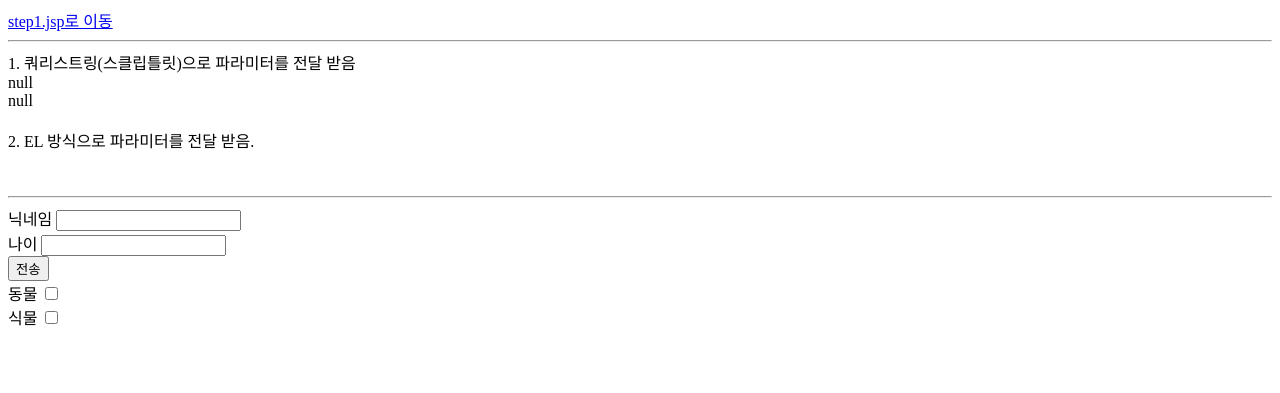
Repository: Dog-voice/king
Page: http://localhost/web_study/step2.jsp
The author's editor kept a copy of each file at every save. The page is drawn from the files as they stood at one save, then again after the next save.
The browser window is 1280 px wide. The pictures show the whole page.
The page is served by Tomcat 9.

Above is the page before, as saved 2022-08-16 03:54:10.

### 게시글등록(1)/web_study/src/main/webapp/step2.jsp
<%@ page language="java" contentType="text/html; charset=UTF-8"
    pageEncoding="UTF-8"%>
<!DOCTYPE html>
<html>
<head>
<meta charset="UTF-8">
<title>EL param 연습 2</title>
</head>
<body>
   <a href="step1.jsp">step1.jsp로 이동</a>
   <hr>
   <!-- 주석처리 ctr1 + shift + /  -->
   1. 쿼리스트링(스클립틀릿)으로 파라미터를 전달 받음 <br>
   <%=request.getParameter("name") %><br>
   <%=request.getParameter("address") %><br>
   <br>

   2. EL 방식으로 파라미터를 전달 받음. <br>
   ${param.name }<br>
   ${param.address }<br>

   <hr>
   <form action="step2_1.jsp">
       닉네임 <input type="text" name="nick"> <br>
       나이 <input type="text" name="age"><br>
       <button type= "submit">전송</button>
   </form>

   <form action="step2_1.jsp">
   동물 <input type="checkbox" name="nick2"> <br>
   식물 <input type="checkbox" name="nick3"> <br>

   </form>


</body>
</html>

After the next save:
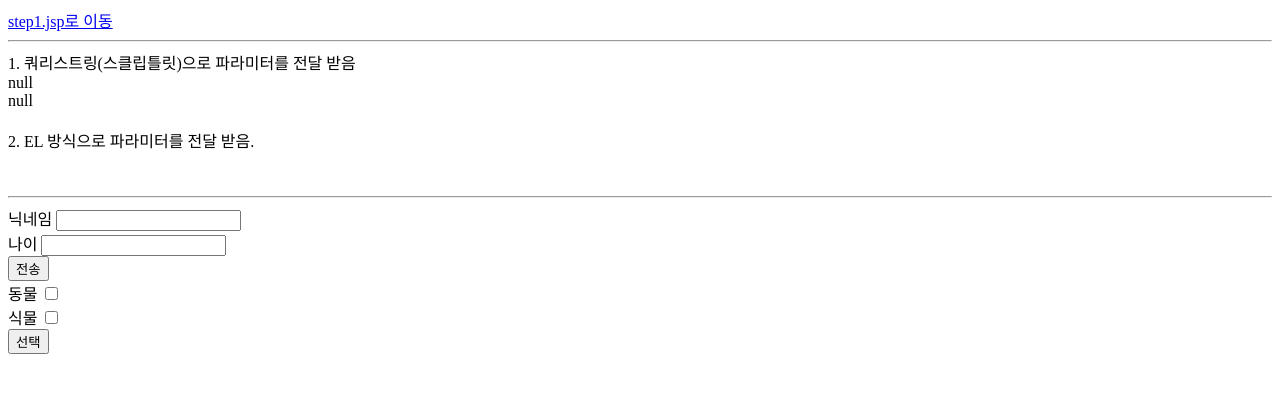
Saved 99 s later.
--- a/게시글등록(1)/web_study/src/main/webapp/step2.jsp
+++ b/게시글등록(1)/web_study/src/main/webapp/step2.jsp
@@ -29,6 +29,7 @@
    <form action="step2_1.jsp">
    동물 <input type="checkbox" name="nick2"> <br>
    식물 <input type="checkbox" name="nick3"> <br>
+   <button type= "submit">선택</button>
 
    </form>
 
